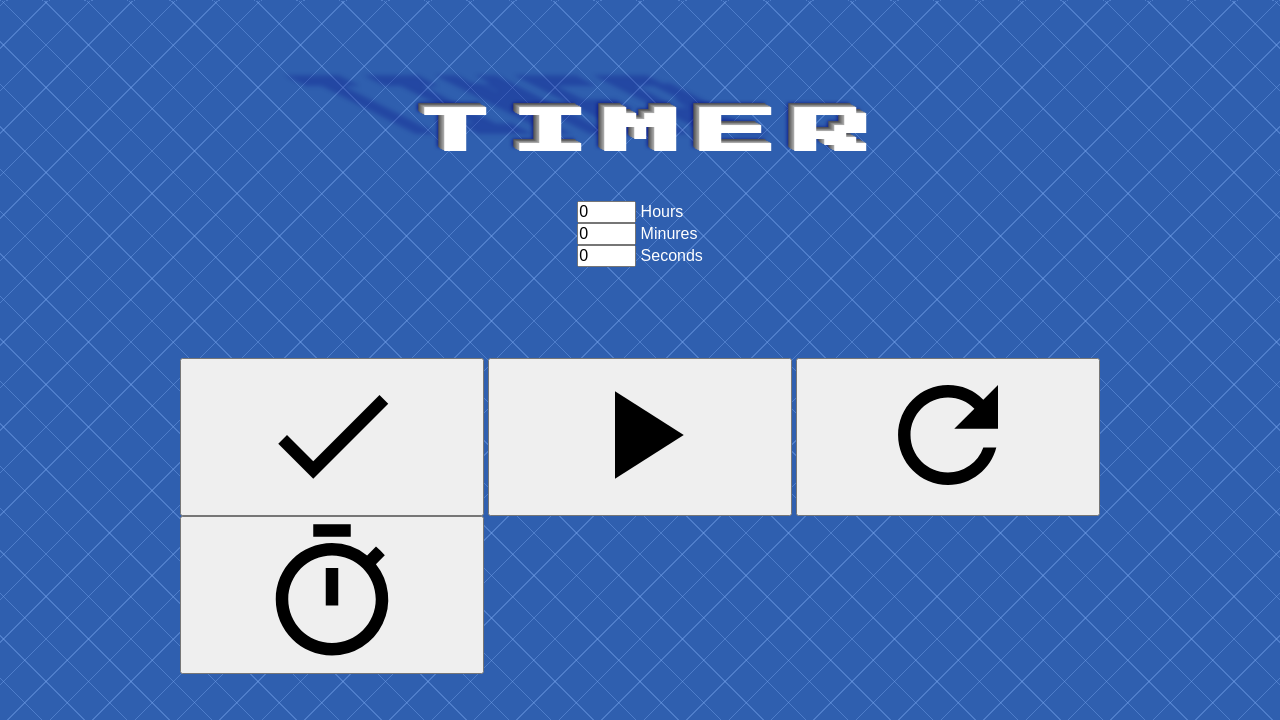
Repository: KrzysKolo/Projekt-12_Timer
Page: index.html
An editor plug-in stored every save of this project. The page is shown before and after the next save, followed by the edit.
The browser window is 1280 px wide. The pictures show the whole page.
Some web fonts or font styles are not loaded; a fallback is used.

Above is the page before, as saved 2020-06-24 22:09:58.

After the next save:
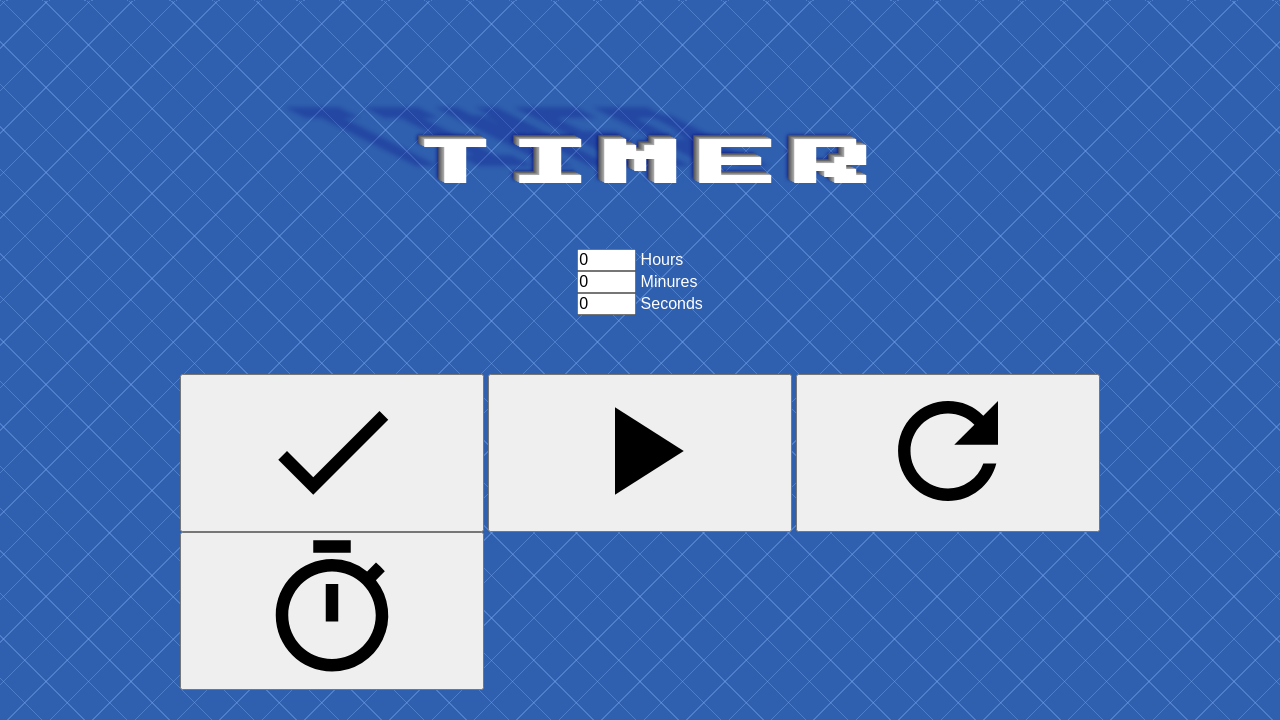
Saved 24 s later.
--- a/css/style.css
+++ b/css/style.css
@@ -54,6 +54,7 @@ body {
   align-items: center;
 }
 .timer__header {
+  padding: 3rem;
 }
 
 .timer__heading {
